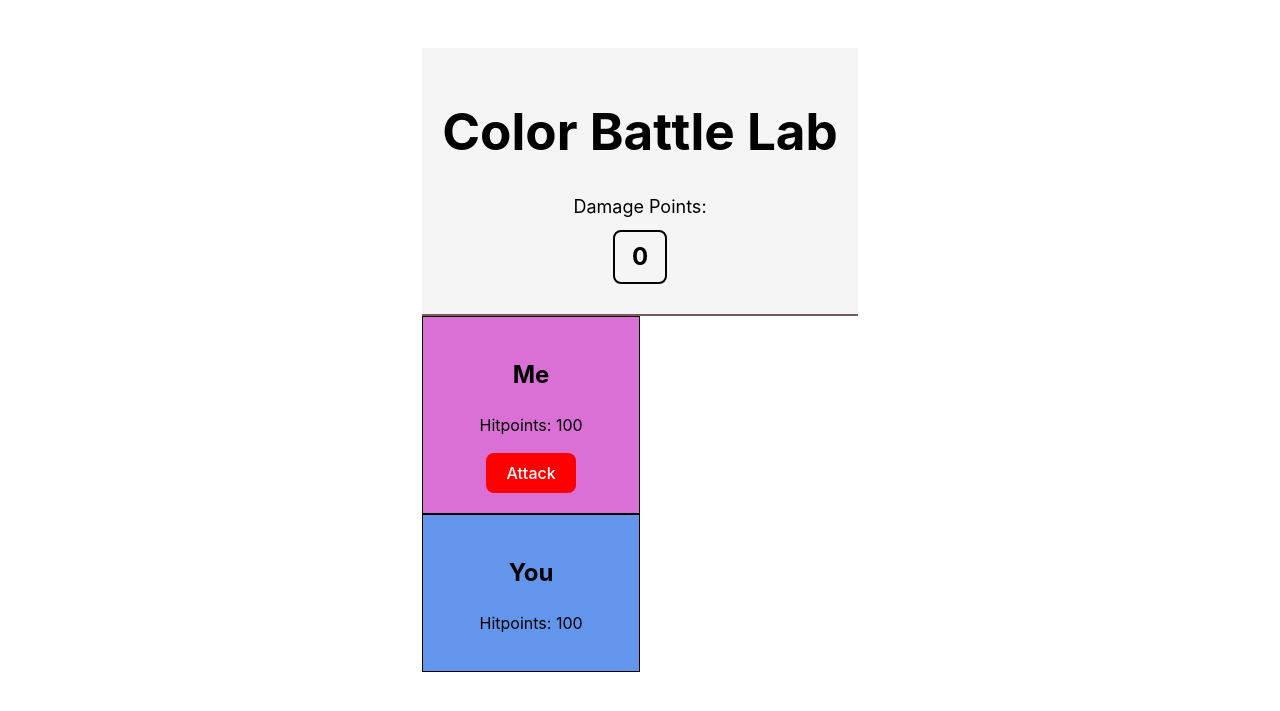
Repository: RAWdevX21/color-battle_lab-build
Page: /
An editor plug-in stored every save of this project. The page is shown before and after the next save, followed by the edit.
The browser window is 1280 px wide. The pictures show the whole page.
The project was rebuilt for these pictures with package versions that can differ from the ones it lists, and the page was loaded fresh each time. Also part of the build but not shown: vite.config.js.

Above is the page before, as saved 2023-08-17 02:08:17.

After the next save:
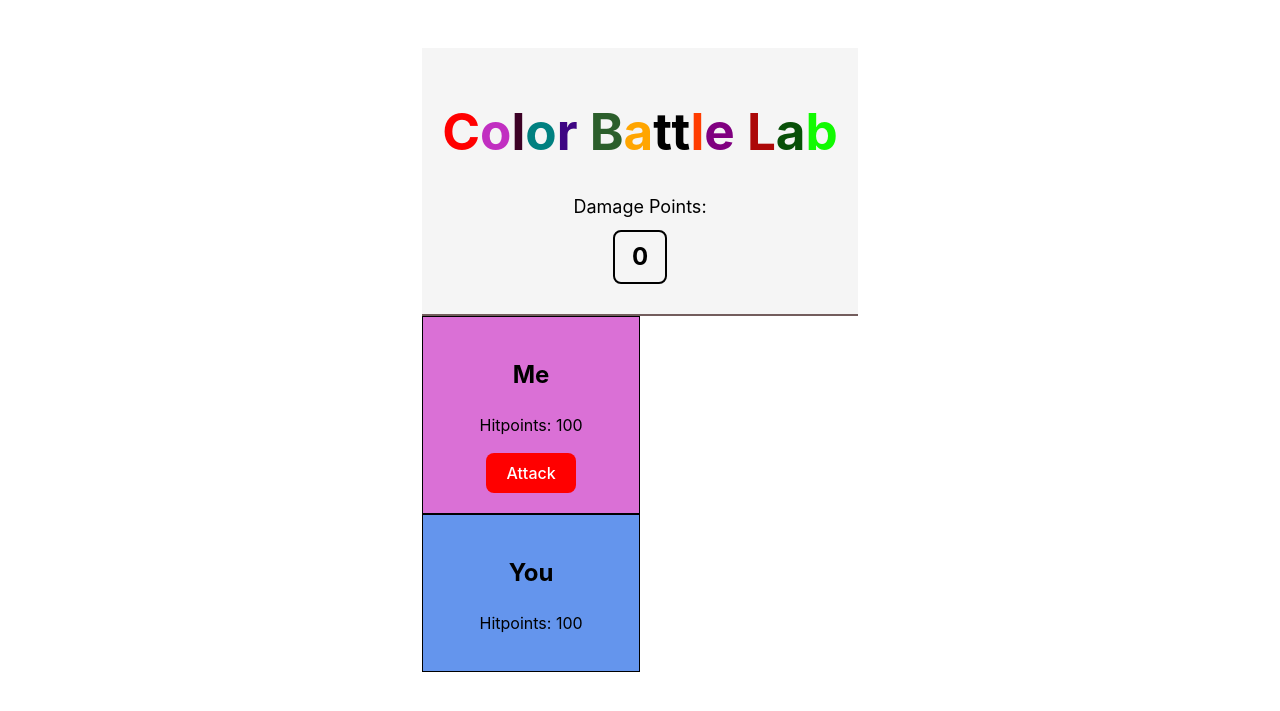
Saved 3 min 49 s later.
--- a/src/Components/GameBanner.css
+++ b/src/Components/GameBanner.css
@@ -10,16 +10,16 @@
     font-size: 18px;
 }
 
-h1 span .banner_c { color: red; }
-h1 span .banner--o { color: rgb(193, 47, 193); }
-h1 span .banner--l { color: rgb(60, 1, 38); }
-h1 span .banner--o2 { color: teal; }
-h1 span .banner--r { color: rgb(62, 5, 131); }
-h1 span .banner--b { color: rgb(43, 94, 43); }
-h1 span .banner--a { color: orange; }
-h1 span .banner--t { color: black; }
-h1 span .banner--l2 { color: rgb(255, 60, 0); }
-h1 span .banner--e { color: purple; }
-h1 span .banner--l3 { color: rgb(172, 8, 8); }
-h1 span .banner--a2 { color: rgb(8, 80, 8); }
-h1 span .banner--b2 { color: rgb(17, 250, 1); }
+.banner h1 span.banner--c { color: red; }
+.banner h1 span.banner--o { color: rgb(193, 47, 193); }
+.banner h1 span.banner--l { color: rgb(60, 1, 38); }
+.banner h1 span.banner--o2 { color: teal; }
+.banner h1 span.banner--r { color: rgb(62, 5, 131); }
+.banner h1 span.banner--b { color: rgb(43, 94, 43); }
+.banner h1 span.banner--a { color: orange; }
+.banner h1 span.banner--t { color: black; }
+.banner h1 span.banner--l2 { color: rgb(255, 60, 0); }
+.banner h1 span.banner--e { color: purple; }
+.banner h1 span.banner--l3 { color: rgb(172, 8, 8); }
+.banner h1 span.banner--a2 { color: rgb(8, 80, 8); }
+.banner h1 span.banner--b2 { color: rgb(17, 250, 1); }
